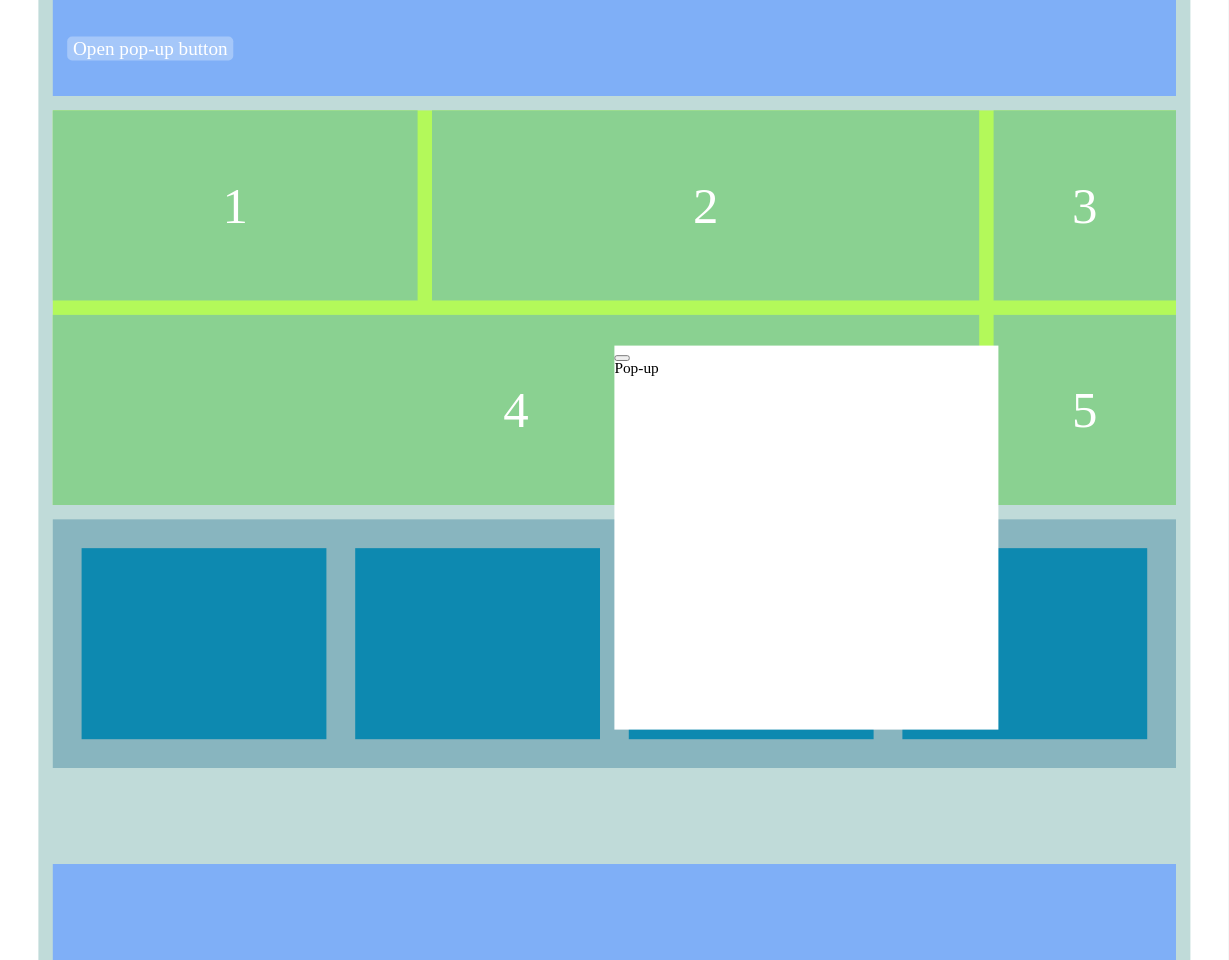
Repository: Evgenius190999999/nodasoft
Page: index.html
An editor plug-in stored every save of this project. The page is shown before and after the next save, followed by the edit.
The browser window is 1280 px wide. The pictures show the whole page, at 96% of full size.
Some web libraries are served in a nearby version. The style sheet was rebuilt from its Sass, Less or Tailwind sources for each picture, by a compiler version that may differ from the author's.

Above is the page before, as saved 2022-07-08 18:39:17.

After the next save:
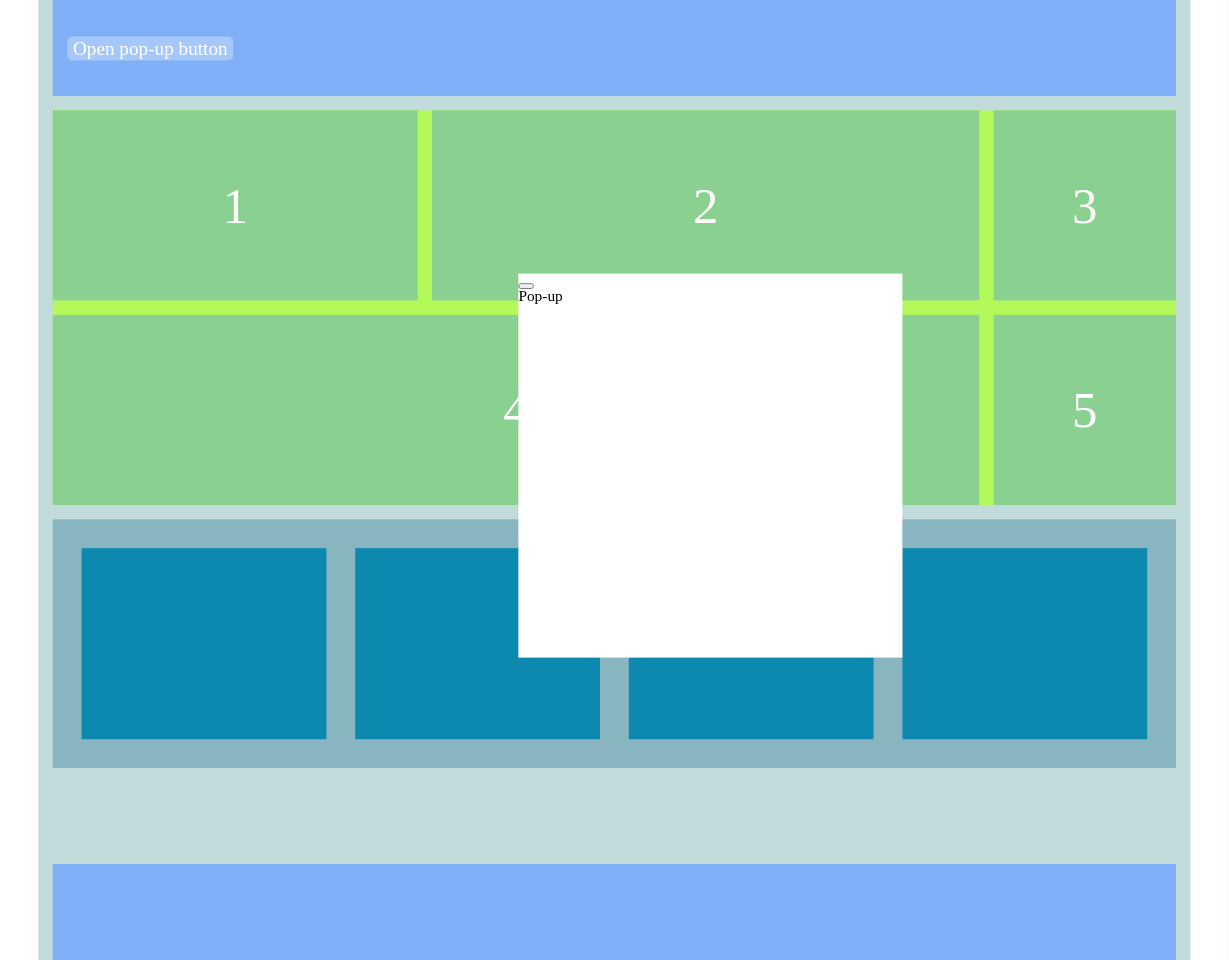
Saved 49 s later.
--- a/style/sass/style.sass
+++ b/style/sass/style.sass
@@ -81,6 +81,8 @@
     background: #FFFFFF
     top: 50%
     left: 50%
+    margin-left: -100px
+    margin-top: -75px
     z-index: 100
     &__close
 
